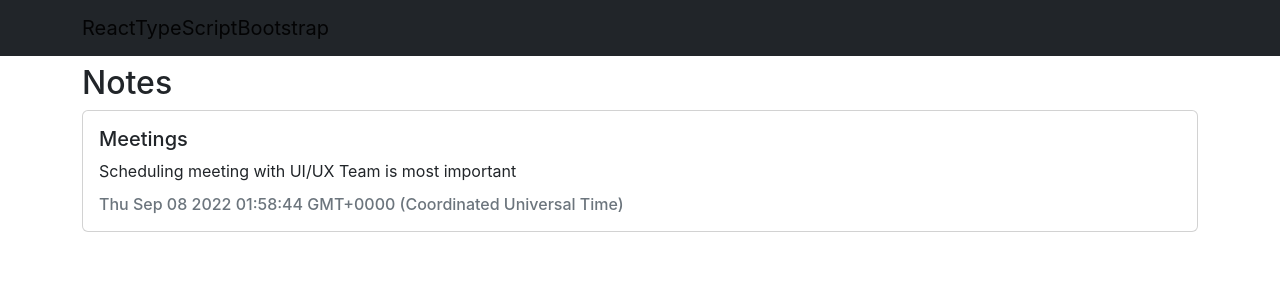
Repository: OmniaRafat232111121/notes
Page: /
The author's editor kept a copy of each file at every save. The page is drawn from the files as they stood at one save, then again after a run of saves.
The browser window is 1280 px wide. The pictures show the whole page.
The project was rebuilt for these pictures with package versions that can differ from the ones it lists, and the page was loaded fresh each time. Also part of the build but not shown: src/App.css.

Above is the page before, as saved 2022-09-08 02:20:08.

After the next 2 saves:
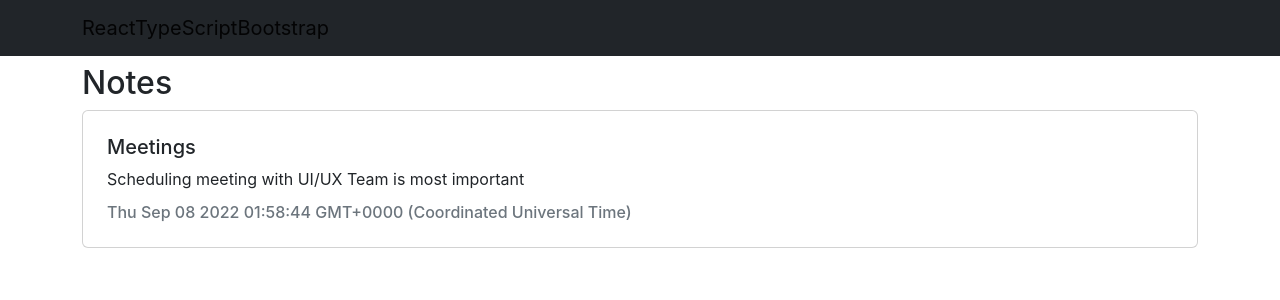
The 2 saves are shown as one change because they came seconds apart.
The last was saved 11 s later.
--- a/src/components/Notes.tsx
+++ b/src/components/Notes.tsx
@@ -8,7 +8,7 @@ interface INotesProps {
 const Notes: React.FunctionComponent<INotesProps> = ({note}) => {
   return (
 <div className="mb-3 ">
-     <Card className="p-3">
+     <Card className="p-4">
         <Card.Title >
             {note.title}
         </Card.Title>
